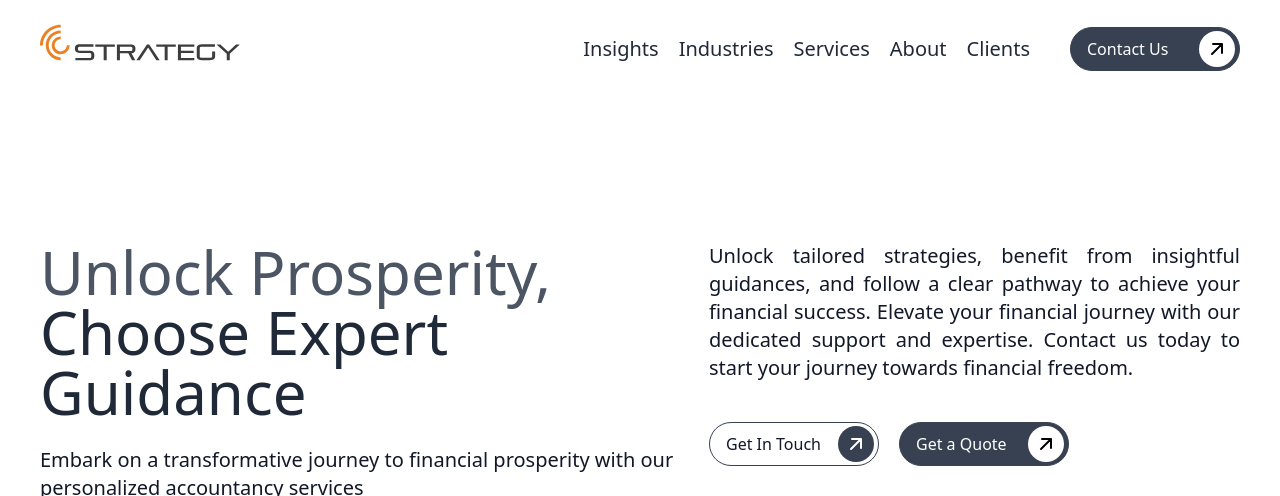
Repository: vespersolutionspk18/integrast-website
Page: /
The author's editor kept a copy of each file at every save. The page is drawn from the files as they stood at one save, then again after the next save.
The browser window is 1280 px wide. The pictures show the part of the page from y = 0 to 496 px (the page is 4818 px tall).
Pictures or frames that could not be fetched are drawn as grey boxes. The project was rebuilt for these pictures with package versions that can differ from the ones it lists, and the page was loaded fresh each time. The framework's server and built-in components were replaced by stand-ins that run in the browser. Also part of the build but not shown: next.config.ts.

Above is the page before, as saved 2024-12-12 15:49:10.

### app/layout.tsx
import type { Metadata } from "next";
import localFont from "next/font/local";
import "./globals.css";

const geistSans = localFont({
  src: "./fonts/GeistVF.woff",
  variable: "--font-geist-sans",
  weight: "100 900",
});
const geistMono = localFont({
  src: "./fonts/GeistMonoVF.woff",
  variable: "--font-geist-mono",
  weight: "100 900",
});

export const metadata: Metadata = {
  title: "Integra Strategy",
  description: "-",
};

export default function RootLayout({
  children,
}: Readonly<{
  children: React.ReactNode;
}>) {
  return (
    <html lang="en">
      <body
        className={`${geistSans.variable} ${geistMono.variable} antialiased`}
      >
        {children}
      </body>
    </html>
  );
}

### app/page.tsx
import Image from "next/image";
import Header from "./Header";
import Hero from "./Hero";
import Services from "./Services";
import Postsart from "./Postsart";
import Faqsection from "./Faqsection";
import GetinTouchSection from "./GetinTouchSection";
import Footer from "./Footer";

export default function Home() {
  return (
    <div>
      <Header />
      <Hero />
      <Services />
      <Postsart />
      <Faqsection />
      <GetinTouchSection />
      <Footer />
    </div>
  );
}

### app/Header.tsx
import React from 'react'
import IntegraLogo from "@/public/assets/integra-logo.svg";
import ButtonArrow from "@/public/assets/buttonarrow.svg";

const Header = () => {
  return (
    <div className="pl-10 pr-10 pt-1 pb-3 flex flex-row justify-between font-sans font-light text-gray-800">
      <IntegraLogo className="h-[90px] w-[200px]" />
      <div className="text-xl flex flex-row gap-5 items-center">
        <div className="hover:text-black hover:font-normal hover:cursor-pointer">Insights</div>
        <div className="hover:text-black hover:font-normal hover:cursor-pointer">Industries</div>
        <div className="hover:text-black hover:font-normal hover:cursor-pointer">Services</div>
        <div className="hover:text-black hover:font-normal hover:cursor-pointer">About</div>
        <div className="hover:text-black hover:font-normal hover:cursor-pointer pr-5">Clients</div>
        <div id="button"
  className="group  bg-gray-700 h-[44px] flex-row border-[1px] border-gray-700 text-white text-[16px] py-1 px-1 font-light rounded-full hidden md:flex items-center justify-between w-[170px] transition-width duration-500 ease-in-out  hover:w-[195px] hover:bg-white hover:border-gray-700 hover:text-gray-700 hover:cursor-pointer "

>
  <div className="mx-3 font-sans font-regular">Contact Us</div>
  <div className="bg-white rounded-full h-[36px] w-[36px] flex items-center justify-center transition-transform duration-500 ease-in-out group-hover:rotate-45 group-hover:border-[1px] group-hover:border-gray-700">
    <ButtonArrow className="h-[24px] w-[24px]" />
  </div>
            </div>
      </div>
    </div>

  )
}

export default Header

### app/Hero.tsx
import React from 'react'
import ButtonArrowwhite from "@/public/assets/buttonarrowwhite.svg";
import ButtonArrow from "@/public/assets/buttonarrow.svg";
const Hero = () => {
  return (
    <div className="flex flex-col p-10 ">
        <div className="flex flex-row mt-24 h-[190px] gap-5 ">
            <div className="w-[55%] flex flex-col">
                <h1 className="font-light font-sans text-6xl text-gray-600">Unlock Prosperity, <span className="text-gray-800">Choose Expert Guidance</span></h1>
                <h4 className="text-xl font-sans font-light text-gray-900 mt-6">Embark on a transformative journey to financial prosperity with our personalized accountancy services</h4>
            </div>
            <div className="w-[45%] flex flex-col justify-between ">
                <h4 className="text-xl text-justify font-light font-sans text-gray-900">Unlock tailored strategies, benefit from insightful guidances, and follow a clear pathway to achieve your financial success. Elevate your financial journey with our dedicated support and expertise. Contact us today to start your journey towards financial freedom.</h4>
                <div className="flex flex-row gap-5 pt-10">
                <div>
                <div id="button"
  className="group  bg-white h-[44px] flex-row border-[1px] border-gray-700 text-gray-900 text-[16px] py-1 px-1 font-light rounded-full hidden md:flex items-center justify-between w-[170px] transition-width duration-500 ease-in-out  hover:w-[195px] hover:bg-gray-700 hover:border-gray-700 hover:text-white hover:cursor-pointer "

>
  <div className="mx-3 font-sans font-regular">Get In Touch</div>
  <div className="bg-gray-700 rounded-full h-[36px] w-[36px] flex items-center justify-center transition-transform duration-500 ease-in-out group-hover:rotate-45">
    <ButtonArrowwhite className="h-[24px] w-[24px]" />
  </div>
            </div>
                </div>
                <div>
                <div id="button"
  className="group  bg-gray-700 h-[44px] flex-row border-[1px] border-gray-700 text-white text-[16px] py-1 px-1 font-light rounded-full hidden md:flex items-center justify-between w-[170px] transition-width duration-500 ease-in-out  hover:w-[195px] hover:bg-white hover:border-gray-700 hover:text-gray-700 hover:cursor-pointer "

>
  <div className="mx-3 font-sans font-regular">Get a Quote</div>
  <div className="bg-white rounded-full h-[36px] w-[36px] flex items-center justify-center transition-transform duration-500 ease-in-out group-hover:rotate-45 group-hover:border-[1px] group-hover:border-gray-700">
    <ButtonArrow className="h-[24px] w-[24px]" />
  </div>
            </div>
                </div>

                </div>
            </div>
        </div>


        <div className="flex flex-row h-[380px] gap-4 mt-16">
            <div className="w-[70%] transition-all duration-500 ease-in-out hover:w-[90%] rounded-2xl bg-cover bg-center" style={{backgroundImage: `url('/assets/heroimage3.jpg')`}}></div>
            <div className="w-[30%] transition-all duration-500 ease-in-out hover:w-[40%] flex flex-col justify-between ">
                <div className="w-full h-full rounded-2xl bg-cover bg-center" style={{backgroundImage: `url('/assets/heroimage4.jpg')`}}></div>
                <h5 className="font-sans text-gray-900 text-justify text-xl mt-3  font-light">Tailored solutions, expert guidance, and strategic planning to secure your wealth and achieve your financial goals seamlessly</h5>
            </div>
        </div>
    </div>
  )
}

export default Hero

### app/Services.tsx
import React from 'react'
import ButtonArrowwhite from "@/public/assets/buttonarrowwhite.svg";
import ButtonArrow from "@/public/assets/buttonarrow.svg";
const Services = () => {
  return (
    <div className="flex flex-col p-10 mt-16 items-center ">
        <div className="flex flex-row items-start justify-start ">
            <div className="w-1/2 font-sans font-light text-5xl text-gray-700">We collaborate across diverse industry landscapes</div>
            <div className="w-1/2 font-sans text-gray-900 text-justify text-xl  font-light">Our commitment to fostering dynamic collaboration allows to navigate the unique challenges and intricacies of various sectors. Our versatile approach ensures tailored solutions that resonate with the distinct needs of each industry.</div>
        </div>
        <div className="flex flex-row gap-5 mt-16">
            <div className="rounded-2xl w-1/3 h-[540px] bg-cover bg-center flex items-end  " style={{backgroundImage: `url('/assets/audit.jpg')`}}>
            <div className="group">
  <div className="bg-white m-4  rounded-[12px] flex flex-col relative transition-all duration-500 ease-in-out hover:pb-[120px] min-h-[180px]">
    <h5 className="ml-5 mt-5 mr-5 mb-5 font-sans text-3xl text-gray-700 font-light">
      Accounting & Finance
    </h5>
    <p className="ml-5 mr-5 mb-5 text-justify font-sans font-light text-xl text-gray-600">
      We are committed to serving the public interest by providing objective assurance over data on which investors rely.
    </p>
    {/* Hidden div */}
    <div className="absolute bottom-5 left-5 text-xl font-sans font-light  text-gray-600 px-4 py-2 rounded-md opacity-0 invisible transition-all duration-500 group-hover:opacity-100 group-hover:visible hover:text-black hover:cursor-pointer  hover:underline">
      Learn More
    </div>
  </div>
</div>

</div>
            <div className="rounded-2xl w-1/3 h-[540px] bg-cover bg-center flex items-end" style={{backgroundImage: `url('/assets/tax.jpg')`}}>
            <div className="group">
  <div className="bg-white m-4  rounded-[12px] flex flex-col relative transition-all duration-500 ease-in-out hover:pb-[120px] min-h-[180px]">
    <h5 className="ml-5 mt-5 mr-5 mb-5 font-sans text-3xl text-gray-700 font-light">
      Tax & Legal
    </h5>
    <p className="ml-5 mr-5 mb-5 text-justify font-sans font-light text-xl text-gray-600">
      We are committed to serving the public interest by providing objective assurance over data on which investors rely.
    </p>
    {/* Hidden div */}
    <div className="absolute bottom-5 left-5 text-xl font-sans font-light  text-gray-600 px-4 py-2 rounded-md opacity-0 invisible transition-all duration-500 group-hover:opacity-100 group-hover:visible hover:text-black hover:cursor-pointer  hover:underline">
      Learn More
    </div>
  </div>
</div>
</div>
            <div className="rounded-2xl w-1/3 h-[540px] bg-cover bg-center flex items-end" style={{backgroundImage: `url('/assets/tech.jpg')`}}>
            <div className="group">
  <div className="bg-white m-4  rounded-[12px] flex flex-col relative transition-all duration-500 ease-in-out hover:pb-[120px] min-h-[180px]">
    <h5 className="ml-5 mt-5 mr-5 mb-5 font-sans text-3xl text-gray-700 font-light">
      Technology & IT
    </h5>
    <p className="ml-5 mr-5 mb-5 text-justify font-sans font-light text-xl text-gray-600">
      We are committed to serving the public interest by providing objective assurance over data on which investors rely.
    </p>
    {/* Hidden div */}
    <div className="absolute bottom-5 left-5 text-xl font-sans font-light  text-gray-600 px-4 py-2 rounded-md opacity-0 invisible transition-all duration-500 group-hover:opacity-100 group-hover:visible hover:text-black hover:cursor-pointer  hover:underline">
      Learn More
    </div>
  </div>
</div>
</div>
        </div>
        <div className="mt-8">
                <div id="button"
  className="group  bg-white h-[44px] flex-row border-[1px] border-gray-700 text-gray-900 text-[16px] py-1 px-1 font-light rounded-full hidden md:flex items-center justify-between w-[190px] transition-width duration-500 ease-in-out hover:cursor-pointer  hover:w-[215px] hover:bg-gray-700 hover:border-gray-700 hover:text-white "

>
  <div className="mx-3 font-sans font-regular">View all Services</div>
  <div className="bg-gray-700 rounded-full h-[36px] w-[36px] flex items-center justify-center transition-transform duration-500 ease-in-out group-hover:rotate-45">
    <ButtonArrowwhite className="h-[24px] w-[24px]" />
  </div>
            </div>
                </div>
    </div>
  )
}

export default Services

### app/Postsart.tsx
import React from 'react'

const Postsart = () => {
  return (
    <div className="w-full flex flex-col p-10 items-center mt-20">
        <h2 className="text-5xl font-sans text-gray-700 font-light">Posts & Articles</h2>
        <p className="font-sans text-xl text-gray-800 font-light text-center mt-5">Stay up-to-date and enahnce your financial literacy with our engaging and informative<br></br>content your key to achieving financial success</p>
        <div className="flex flex-row mt-10 gap-5 w-full">
            <div className="hover:border-black hover:cursor-pointer flex flex-col rounded-2xl w-1/2  border-[1px] p-4 border-gray-300">
            <div className="w-full h-[340px] rounded-[8px] bg-cover bg-center" style={{backgroundImage: `url('/assets/post1.jpg')`}}></div>
            <h5 className="font-sans font-light text-3xl mt-5 text-gray-700">Navigating Tax Season: Tips for Individuals</h5>
            <p className="font-sans font-light text-gray-600 text-lg mt-3">Explore essential tax-saving strategies and financial tips to optimize your returns with insights from our expert personal accountants.</p>
            </div>
            <div className="hover:border-black hover:cursor-pointer flex flex-col rounded-2xl w-1/2  border-[1px] p-4 border-gray-300">
            <div className="w-full h-[340px] rounded-[8px] bg-cover bg-center" style={{backgroundImage: `url('/assets/post2.jpg')`}}></div>
            <h5 className="font-sans font-light text-3xl mt-5 text-gray-700">Insights from personal accountants</h5>
            <p className="font-sans font-light text-gray-600 text-lg mt-3">Explore essential tax-saving strategies and financial tips to optimize your returns with insights from our expert personal accountants.</p>
            </div>
        </div>
        <div className=" flex flex-row mt-5 gap-5 w-full">
            <div className="hover:border-black hover:cursor-pointer flex flex-col rounded-2xl w-1/2  border-[1px] p-4 border-gray-300">
            <div className="w-full h-[340px] rounded-[8px] bg-cover bg-center" style={{backgroundImage: `url('/assets/post3.jpg')`}}></div>
            <h5 className="font-sans font-light text-3xl mt-5 text-gray-700">Personal accountant's prescription</h5>
            <p className="font-sans font-light text-gray-600 text-lg mt-3">Explore essential tax-saving strategies and financial tips to optimize your returns with insights from our expert personal accountants.</p>
            </div>
            <div className="hover:border-black hover:cursor-pointer flex flex-col rounded-2xl w-1/2  border-[1px] p-4 border-gray-300">
            <div className="w-full h-[340px] rounded-[8px] bg-cover bg-center" style={{backgroundImage: `url('/assets/post4.jpg')`}}></div>
            <h5 className="font-sans font-light text-3xl mt-5 text-gray-700">Personal finance tips from our Accountants</h5>
            <p className="font-sans font-light text-gray-600 text-lg mt-3">Explore essential tax-saving strategies and financial tips to optimize your returns with insights from our expert personal accountants.</p>
            </div>
        </div>
    </div>
  )
}

export default Postsart

### app/Faqsection.tsx
"use client";
import React, { useState } from "react";
import ButtonRight from "@/public/assets/right.svg";
import ButtonArrowwhite from "@/public/assets/buttonarrowwhite.svg";
import ButtonArrow from "@/public/assets/buttonarrow.svg";

const Faqsection = () => {
  // Array of FAQs
  const faqs = [
    {
      question: "What Services do personal accountants provide?",
      answer:
        "Personal accountants provide a variety of services, including tax preparation, financial planning, and investment advice. They also help manage budgets, track expenses, and ensure compliance with financial regulations.",
    },
    {
      question: "How can accountants help with financial planning?",
      answer:
        "Accountants assist in creating budgets, managing investments, and developing long-term financial strategies tailored to individual needs.",
    },
    {
      question: "What is the importance of tax compliance?",
      answer:
        "Tax compliance ensures that individuals and businesses meet their legal obligations, avoiding penalties and fostering financial stability.",
    },
  ];

  // State to track which FAQ is expanded
  const [expandedIndex, setExpandedIndex] = useState(null);

  // Toggle function
  const toggleSection = (index) => {
    setExpandedIndex((prevIndex) => (prevIndex === index ? null : index));
  };

  return (
    <div className="flex flex-col p-10 items-center mt-20">
      <h2 className="font-sans font-light text-5xl text-gray-700">
        Frequently Asked Questions
      </h2>
      <p className="font-sans mt-5 font-light text-xl text-gray-600 text-center">
        We prioritize your satisfaction, ensuring a secure financial future.
        Choose us for peace of mind
        <br />
        in your financial endeavours.
      </p>
      <div className="w-full flex flex-col gap-5 mt-5">
        {faqs.map((faq, index) => (
          <div
            key={index}
            className={`border-[1px] ${
              expandedIndex === index ? "border-gray-500" : "border-gray-300"
            } rounded-2xl p-5 flex flex-col transition-all duration-500`}
          >
            <div
              onClick={() => toggleSection(index)}
              className="flex flex-row justify-between items-center cursor-pointer"
            >
              <h5 className="font-sans font-light text-2xl text-gray-700">
                {faq.question}
              </h5>
              <div
                className={`bg-white border-[1px] border-gray-300 rounded-full h-[36px] w-[36px] flex items-center justify-center transition-transform duration-500 ease-in-out ${
                  expandedIndex === index ? "rotate-90" : "rotate-0, "
                }`}
              >
                <ButtonRight className="h-[24px] w-[24px]" />
              </div>
            </div>
            {/* Expandable content */}
            <div
              className={`overflow-hidden transition-all duration-500 ease-in-out ${
                expandedIndex === index ? "max-h-[200px] mt-5" : "max-h-0"
              }`}
            >
              <p className="text-gray-600 font-sans font-light text-lg">{faq.answer}</p>
            </div>
          </div>
        ))}
      </div>
    </div>
  );
};

export default Faqsection;

### app/GetinTouchSection.tsx
import React from 'react'
import ButtonArrowwhite from "@/public/assets/buttonarrowwhite.svg";
import ButtonArrow from "@/public/assets/buttonarrow.svg";

const GetinTouchSection = () => {
  return (
    <div className="mt-16">
        <div className="flex flex-row p-10 ">
        <div className="ml-10 w-1/2 font-sans font-light text-gray-700 text-4xl">
        <b>Spread all over the world</b> and get an accountant easily
        </div>
        <div className="mr-10 w-1/2 flex flex-col">
        <p className="font-light text-xl text-gray-700 font-sans text-justify">
            Integra: A global leader in audit, tax, and advisory services, united in expertise, and cultural understanding to deliver exceptional, tailored solutions in audit, accounting, tax, financial advisory, consulting and legal services
        </p>
        <div className="flex flex-row justify-between mt-10">
        <div className="w-1/2 flex flex-col gap-2">
        <h5 className="font-sans font-light text-3xl text-gray-700">100+</h5>
        <p className="font-sans font-light text-xl text-gray-700">Experts in the field</p>

        </div>
        <div className="w-1/2 flex flex-col gap-2">
        <h5 className="font-sans font-light text-3xl text-gray-700">18</h5>
        <p className="font-sans font-light text-xl text-gray-700">Countries we work in </p>
        </div>
        </div>
        <div className="flex flex-row gap-5 pt-10">
                <div>
                <div id="button"
  className="group  bg-white h-[44px] flex-row border-[1px] border-gray-700 text-gray-900 text-[16px] py-1 px-1 font-light rounded-full hidden md:flex items-center justify-between w-[170px] transition-width duration-500 ease-in-out  hover:w-[195px] hover:bg-gray-700 hover:border-gray-700 hover:text-white hover:cursor-pointer "

>
  <div className="mx-3 font-sans font-regular">Get In Touch</div>
  <div className="bg-gray-700 rounded-full h-[36px] w-[36px] flex items-center justify-center transition-transform duration-500 ease-in-out group-hover:rotate-45">
    <ButtonArrowwhite className="h-[24px] w-[24px]" />
  </div>
            </div>
                </div>
                <div>
                <div id="button"
  className="group  bg-gray-700 h-[44px] flex-row border-[1px] border-gray-700 text-white text-[16px] py-1 px-1 font-light rounded-full hidden md:flex items-center justify-between w-[170px] transition-width duration-500 ease-in-out  hover:w-[195px] hover:bg-white hover:border-gray-700 hover:text-gray-700 hover:cursor-pointer "

>
  <div className="mx-3 font-sans font-regular">Get a Quote</div>
  <div className="bg-white rounded-full h-[36px] w-[36px] flex items-center justify-center transition-transform duration-500 ease-in-out group-hover:rotate-45 group-hover:border-[1px] group-hover:border-gray-700">
    <ButtonArrow className="h-[24px] w-[24px]" />
  </div>
            </div>
                </div>

                </div>
        </div>
    </div>
    </div>
  )
}

export default GetinTouchSection

### app/Footer.tsx
import React from 'react'
import IntegraFooterLogo from "@/public/assets/integra-logo-white.svg";
import { Separator } from '@/components/ui/separator';

const Footer = () => {
  return (
    <div className="flex flex-col bg-black text-white mt-16">
        <div className="flex flex-row p-10 justify-between">
        <div className="w-[46%] pr-10 flex flex-col gap-5">
        <IntegraFooterLogo className="h-[90px] w-[220px]" />
        <h3 className="font-sans font-light text-2xl">Your trusted source for expert personal accounting services. Explore what we have to offer.</h3>
        </div>
        <div className="w-[18%] flex flex-col font-sans font-light">
        <p className="text-white text-2xl font-normal">Navigation</p>
        <ul className="text-gray-100 text-xl">
        <li className="mt-5">Services</li>
        <li className="mt-5">About Us</li>
        <li className="mt-5">Contact Us</li>
        </ul>
        </div>
        <div className="w-[18%] flex flex-col font-sans font-light">
        <p className="text-white text-2xl font-normal">Services</p>
        <ul className="text-gray-100 text-xl">
        <li className="mt-5">Accounting & Finance</li>
        <li className="mt-5">Tax & Legal</li>
        <li className="mt-5">Technology & IT</li>
        </ul>
        </div>
        <div className="w-[18%] flex flex-col font-sans font-light">
        <p className="text-white text-2xl font-normal">Company</p>
        <ul className="text-gray-100 text-xl">
        <li className="mt-5">Legal</li>
        <li className="mt-5">Terms of Use</li>
        <li className="mt-5">Privacy Policy</li>
        </ul>
        </div>
        </div>
        <div className="pl-10 pr-10 pb-2 pt-5">
        <Separator className="border-gray-500 border-[0.5px]" />
        </div>
        <div className="pr-10 pl-10 pt-2 pb-5 font-light font-sans text-white text-xl">
        &#169; Integra Strategy (Pvt.) Ltd. All Rights Reserved.
        </div>
    </div>
  )
}

export default Footer

### components/ui/separator.tsx
"use client"

import * as React from "react"
import * as SeparatorPrimitive from "@radix-ui/react-separator"

import { cn } from "@/lib/utils"

const Separator = React.forwardRef<
  React.ElementRef<typeof SeparatorPrimitive.Root>,
  React.ComponentPropsWithoutRef<typeof SeparatorPrimitive.Root>
>(
  (
    { className, orientation = "horizontal", decorative = true, ...props },
    ref
  ) => (
    <SeparatorPrimitive.Root
      ref={ref}
      decorative={decorative}
      orientation={orientation}
      className={cn(
        "shrink-0 bg-border",
        orientation === "horizontal" ? "h-[1px] w-full" : "h-full w-[1px]",
        className
      )}
      {...props}
    />
  )
)
Separator.displayName = SeparatorPrimitive.Root.displayName

export { Separator }

Loaded but not shown: app/globals.css (common file); lib/utils.ts (common file); tailwind.config.ts (common file)

After the next save:
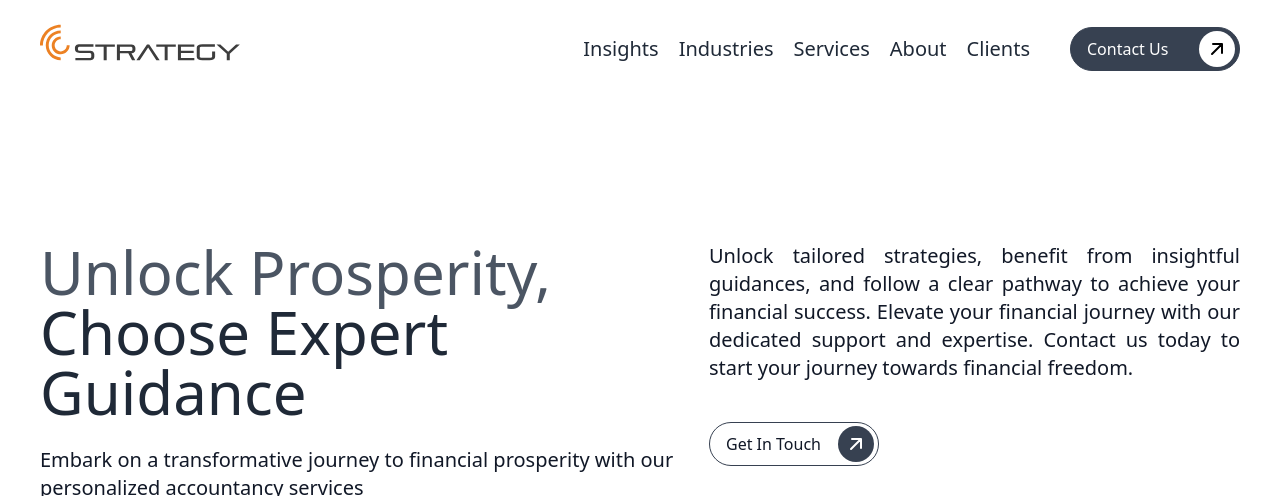
Saved 28 s later.
--- a/app/Hero.tsx
+++ b/app/Hero.tsx
@@ -24,15 +24,7 @@ const Hero = () => {
             </div>
                 </div>
                 <div>
-                <div id="button"
-  className="group  bg-gray-700 h-[44px] flex-row border-[1px] border-gray-700 text-white text-[16px] py-1 px-1 font-light rounded-full hidden md:flex items-center justify-between w-[170px] transition-width duration-500 ease-in-out  hover:w-[195px] hover:bg-white hover:border-gray-700 hover:text-gray-700 hover:cursor-pointer "
 
->
-  <div className="mx-3 font-sans font-regular">Get a Quote</div>
-  <div className="bg-white rounded-full h-[36px] w-[36px] flex items-center justify-center transition-transform duration-500 ease-in-out group-hover:rotate-45 group-hover:border-[1px] group-hover:border-gray-700">
-    <ButtonArrow className="h-[24px] w-[24px]" />
-  </div>
-            </div>
                 </div>
 
                 </div>
